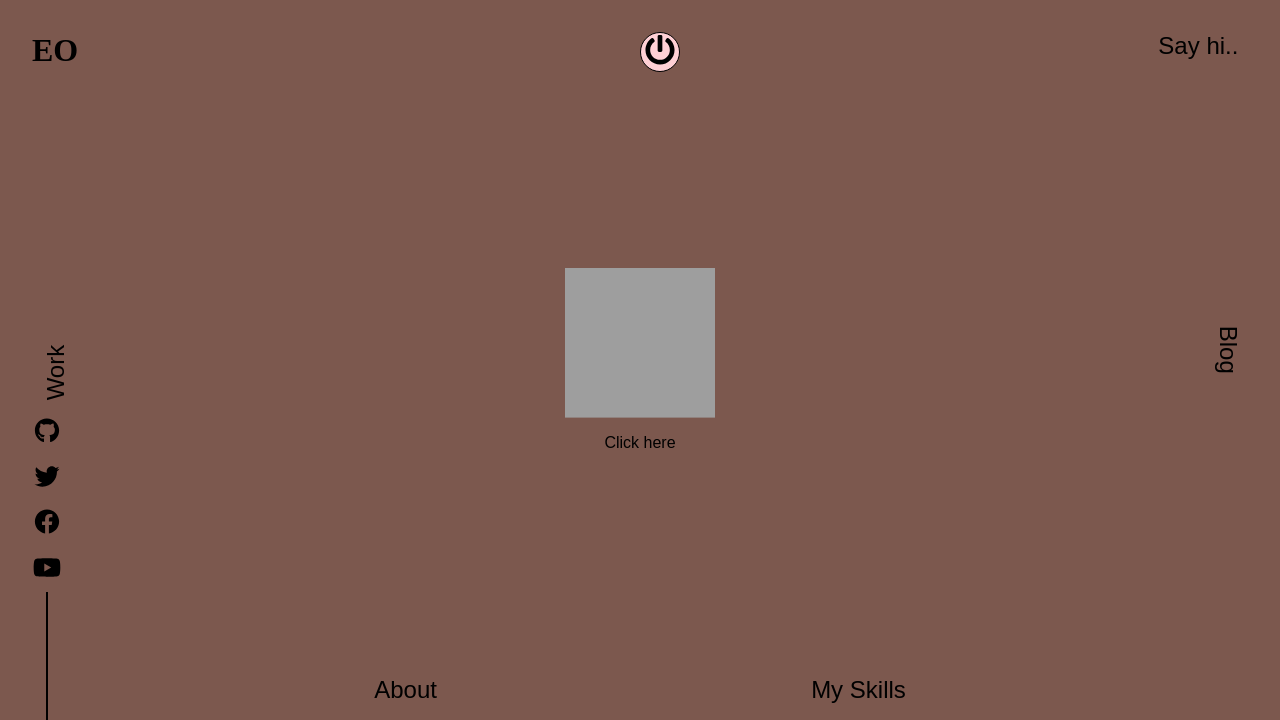
Repository: Deonorla/deon-dev
Page: /main
These files come from the project's save history. The page is drawn as it stood at one moment and after the next save; the edit follows.
The browser window is 1280 px wide. The pictures show the whole page.
Pictures or frames that could not be fetched are drawn as grey boxes. The project was rebuilt for these pictures with package versions that can differ from the ones it lists, and the page was loaded fresh each time. The framework's server and built-in components were replaced by stand-ins that run in the browser. Also part of the build but not shown: next.config.ts.

Above is the page before, as saved 2025-05-28 15:48:33.

After the next save:
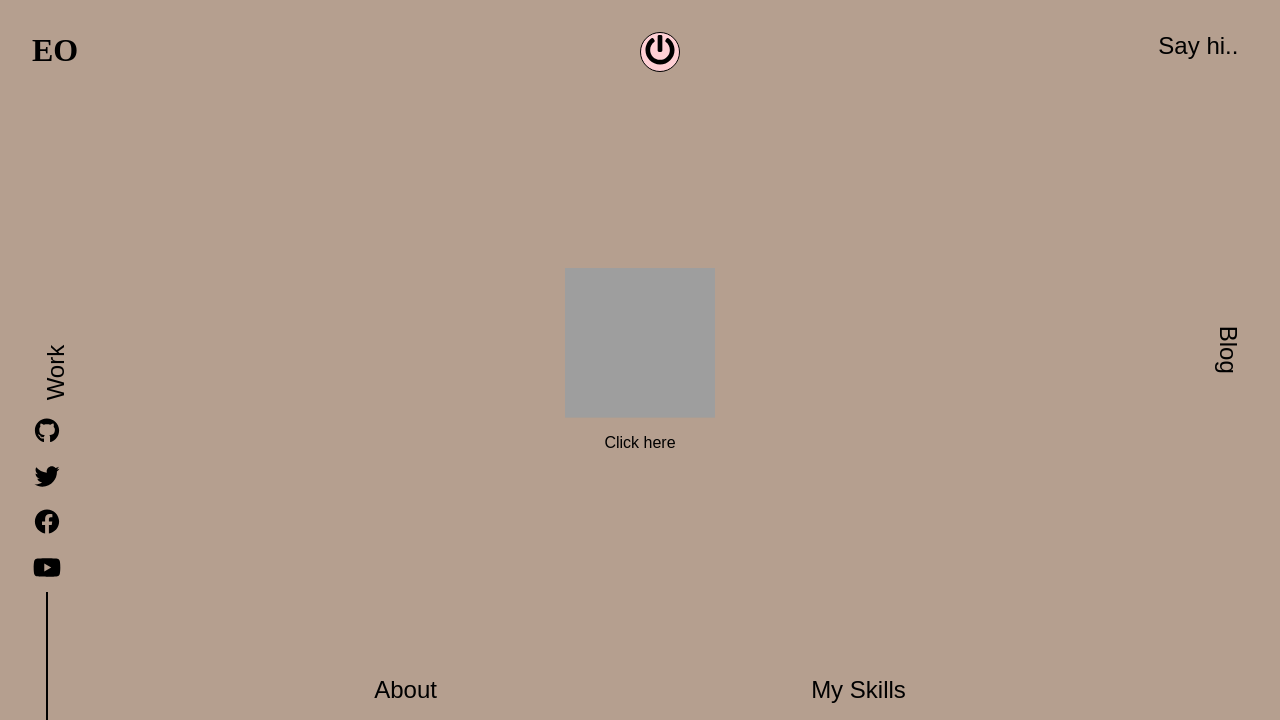
Saved 11 s later.
--- a/src/components/Minor/theme/Themes.ts
+++ b/src/components/Minor/theme/Themes.ts
@@ -7,7 +7,7 @@
 }
 
 export const lightTheme = {
-  body: "#7C584E",
+  body: "#B59F8F",
   text: "#000000",
   fontFamily: "'Source Sans Pro', sans-serif",
   bodyRgba: "252, 246, 244",
@@ -16,7 +16,7 @@
 
 export const darkTheme = {
   body: "#000000",
-  text: "#7C584E",
+  text: "#B59F8F",
   fontFamily: "'Source Sans Pro', sans-serif",
   bodyRgba: "0,0,0",
   textRgba: "252, 246, 244",
